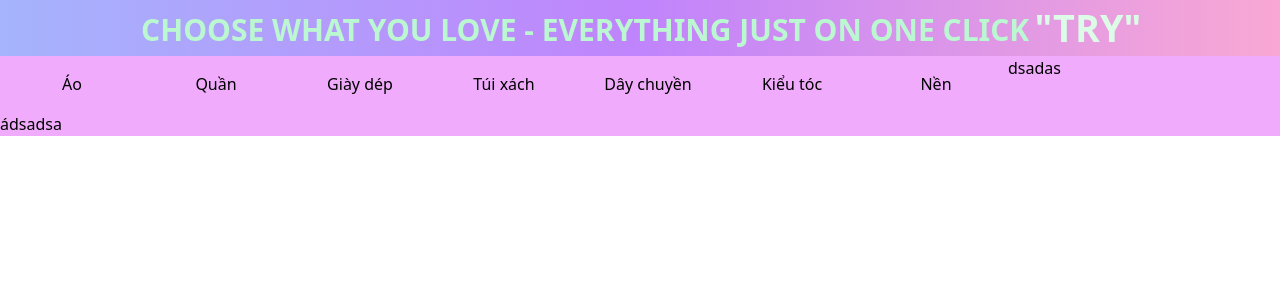
Repository: NguyenVietPhuQuy/ReactJs-TailWind-Redux-FunctionHook-ModelDesign
Page: / (app in modeldesign/)
The author's editor kept a copy of each file at every save. The page is drawn from the files as they stood at one save, then again after the next save.
The browser window is 1280 px wide. The pictures show the whole page.
The project was rebuilt for these pictures with package versions that can differ from the ones it lists, and the page was loaded fresh each time. Also part of the build but not shown: modeldesign/src/App.css.

Above is the page before, as saved 2022-11-17 13:22:36.

After the next save:
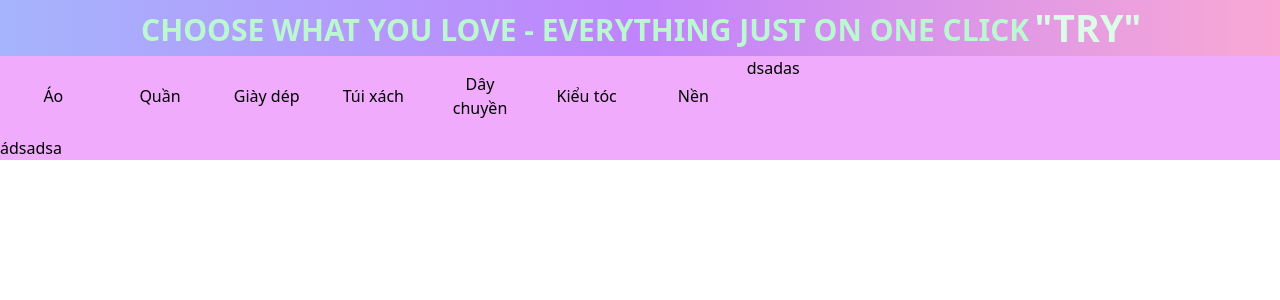
Saved 53 s later.
--- a/modeldesign/src/Components/Category.js
+++ b/modeldesign/src/Components/Category.js
@@ -8,7 +8,7 @@ return(
     <div className="flex flex-row w-full">
         {returnValue.map((item)=>{
             return(
-               <button className="p-4 w-36 ">{item.showName}</button>
+               <button className="p-4 w-1/6 ">{item.showName}</button>
             )
         })}
     </div>
